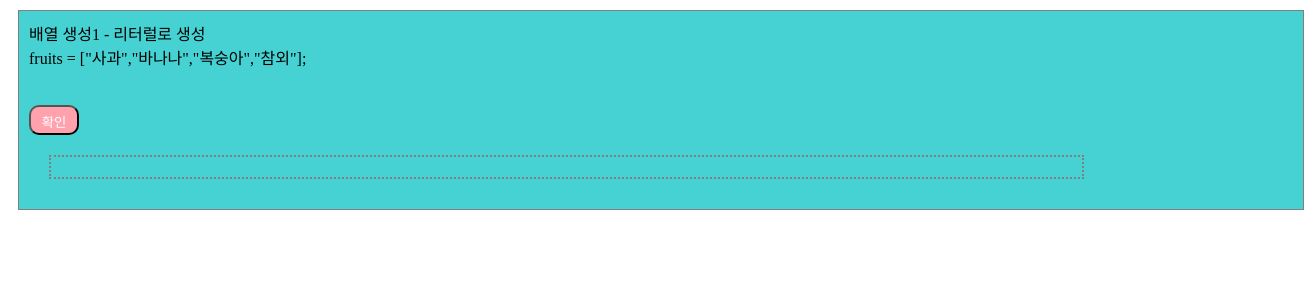
Repository: jeje0130/html
Page: webpro/WebContent/0114/배열.html
The author's editor kept a copy of each file at every save. The page is drawn from the files as they stood at one save, then again after the next save.
The browser window is 1280 px wide. The page is 1304 px wide, so the pictures cover 1304 px, including what lies to the right of the window. The pictures show the whole page.
After loading, the first visible `input` was clicked once.

Above is the page before, as saved 2021-01-14 01:41:40.

### webpro/WebContent/0114/배열.html
<!DOCTYPE html>
<html>
<head>
<meta charset="UTF-8">
<title>Insert title here</title>
<link rel = "stylesheet" href = "../css/public.css" type="text/css">

<script>
	function proc1() {

	}
</script>
</head>
<body>
<div class="box">
	배열 생성1 - 리터럴로 생성 <br>
	fruits = ["사과","바나나","복숭아","참외"];<br>
 <br><br>

<input type="button" value="확인" onclick="proc1()">

<div id="result1"></div>
</div>
</body>
</html>

### webpro/WebContent/css/public.css
@charset "utf-8";

pre {
	background-color : #FFE3EE;
	font-size : 1.2em;
	white-space: pre-wrap; /* 우측 여백 고정, 넘치는 글자 줄바꿈 */

	/*
	pre : 공백은 그대로, 줄바꿈 X
	pre-wrap : 공백은 그대로, 줄바꿈 O
	pre-line : 공백을 여러개줘도 하나만 표시, 줄바꿈 O
	nowrap : 공백을 여러개줘도 하나만 표시, 줄바꿈 X
	 */
}

div.box{
	width : 100%;
	height: auto;
	margin: 10px;
	padding: 10px;
	border: 1px solid gray;
	background: #46D2D2;
}

.box input[type = button]{
	width: 50px;
	height: 30px;
	background: #FFA2AD;
	color : white;
	padding: 5px 10px;
	border-radius : 10px;
}

.box div{
	width : 80%;
	height: auto;
	padding: 10px;
	border: 2px dotted gray;
	margin: 20px;
}

After the next save:
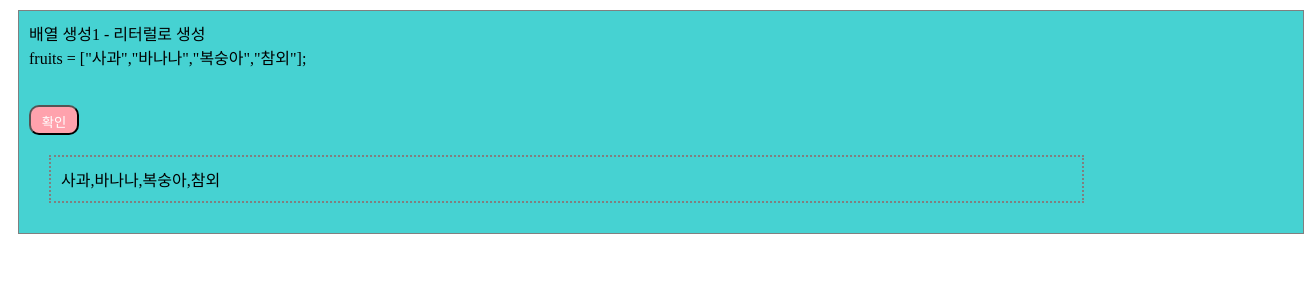
Saved 106 s later.
--- a/webpro/WebContent/0114/배열.html
+++ b/webpro/WebContent/0114/배열.html
@@ -6,8 +6,16 @@
 <link rel = "stylesheet" href = "../css/public.css" type="text/css">
 
 <script>
+
+
+
 	function proc1() {
 
+		fruits = ["사과","바나나","복숭아","참외"];
+
+
+		result = document.querySelector("#result1");
+		result.innerHTML = fruits;
 	}
 </script>
 </head>

After the save that followed:
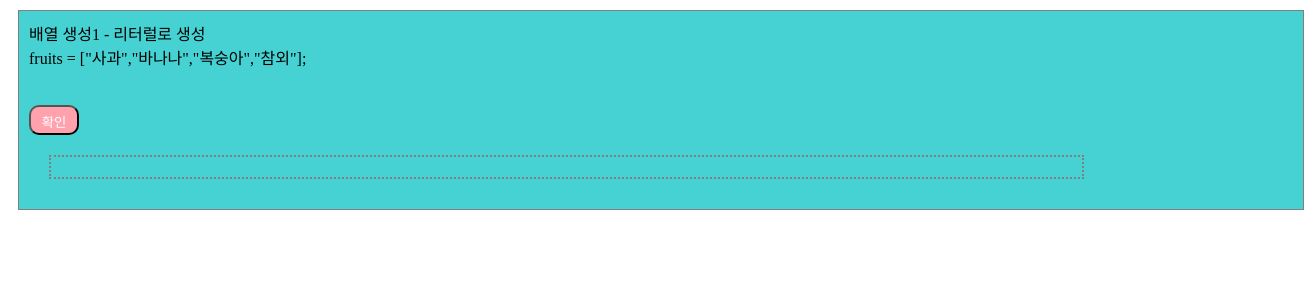
Saved 2 min 15 s later.
--- a/webpro/WebContent/0114/배열.html
+++ b/webpro/WebContent/0114/배열.html
@@ -10,12 +10,18 @@
 
 
 	function proc1() {
-
+		res = "";
 		fruits = ["사과","바나나","복숭아","참외"];
 
 
 		result = document.querySelector("#result1");
-		result.innerHTML = fruits;
+		/* result.innerHTML = fruits; */
+		for(i=0; i<fruits.length; i++){
+			res += fruits[i] + " ";
+		}
+
+
+
 	}
 </script>
 </head>
